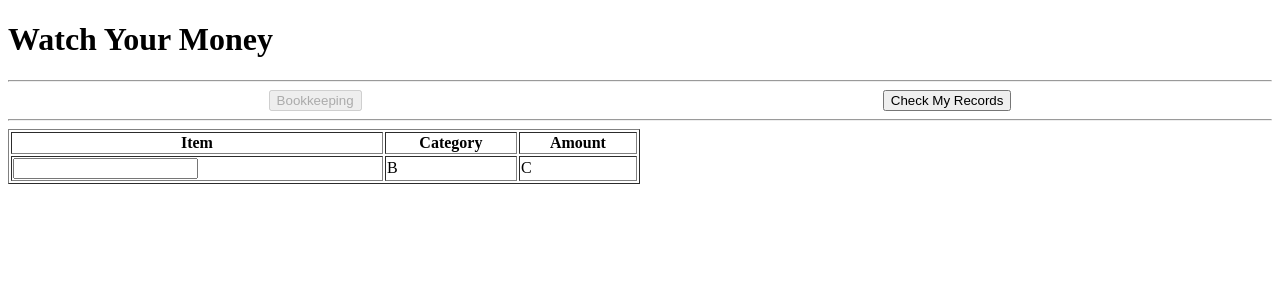
Repository: chelsea9869/Hackathon-TNT
Page: http://localhost/app/watch_your_money.php
These files come from the project's save history. The page is drawn as it stood at one moment and after a run of saves; the edit follows.
The browser window is 1280 px wide. The pictures show the whole page.
The page is run by PHP 8.4 with error messages shown; the project is at /var/www/html/.

Above is the page before, as saved 2020-09-05 11:21:10.

### app/watch_your_money.php
<!DOCTYPE html>
<html lang="en">
<head>
    <meta charset="UTF-8">
    <meta name="viewport" content="width=device-width, initial-scale=1.0">
    <title>Watch Your Money</title>
</head>
<body>
    <h1>Watch Your Money</h1>
    <hr>
    <div id='function' style='display: flex;justify-content: space-around;'>
        <div id='bookkeeping-button'>
            <button disabled="disabled">Bookkeeping</button>
        </div>
        <div id='check-records-button'>
            <button>Check My Records</button>
        </div>
    </div>
    <hr>
    <div id='main-content'>
        <div id='bookkeeping'>
        <form name='bookkeeping-form' action="post">
            <table id='bookkeeping-form-table' border="1px" width='50%'>
                    <thead>
                        <tr>
                            <th>Item</th>
                            <th>Category</th>
                            <th>Amount</th>
                        </tr>
                    </thead>
                    <tbody>
                        <tr>
                            <td><input type="text" name="item[]" id=""></td>
                            <td>B</td>
                            <td>C</td>
                        </tr>
                    </tbody>
                </table>
            </form>
        </div>
    </div>
</body>
</html>

After the next 4 saves:
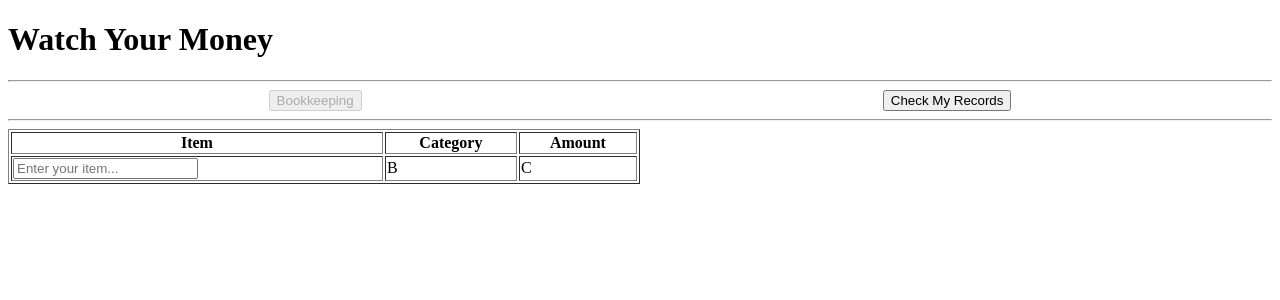
The 4 saves are shown as one change because they came seconds apart.
The last was saved 9 s later.
--- a/app/watch_your_money.php
+++ b/app/watch_your_money.php
@@ -30,7 +30,7 @@
                     </thead>
                     <tbody>
                         <tr>
-                            <td><input type="text" name="item[]" id=""></td>
+                            <td><input type="text" name="item[]" placeholder="Enter your item..."></td>
                             <td>B</td>
                             <td>C</td>
                         </tr>
